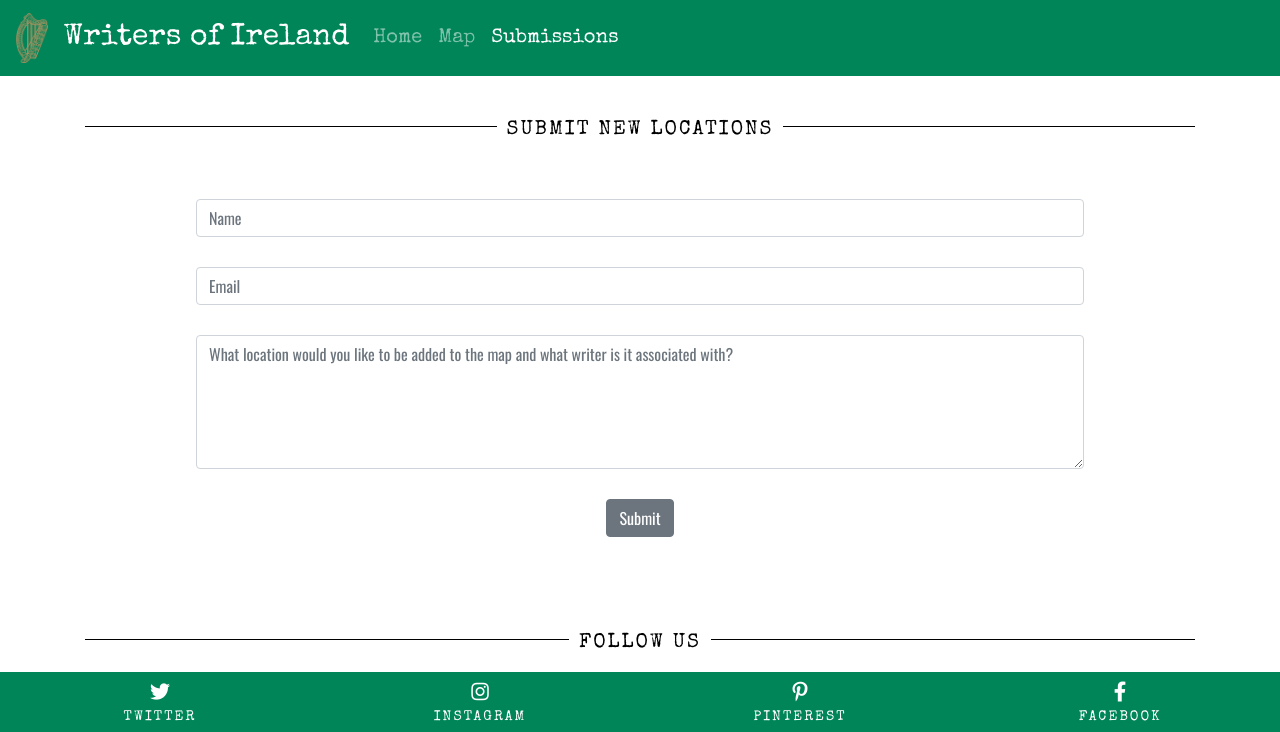
Repository: DarrenCoppinger/milestone-project-2
Page: submissions.html
The author's editor kept a record of every edit. The page is drawn from the files as they stood at one moment, then again after the next edit.
The browser window is 1280 px wide. The pictures show the whole page.
Some web libraries are served in a nearby version.

Above is the page before.
Console error: ReferenceError: emailjs is not defined

### submissions.html
<!DOCTYPE html>
<html lang="en">

<head>
    <meta charset="UTF-8">
    <meta name="viewport" content="width=device-width, initial-scale=1.0">
    <meta http-equiv="X-UA-Compatible" content="ie=edge">
    <link rel="stylesheet" href="https://stackpath.bootstrapcdn.com/bootstrap/4.3.1/css/bootstrap.min.css" type="text/css" />
    <link rel="stylesheet" href="https://use.fontawesome.com/releases/v5.8.2/css/all.css" integrity="sha384-oS3vJWv+0UjzBfQzYUhtDYW+Pj2yciDJxpsK1OYPAYjqT085Qq/1cq5FLXAZQ7Ay" crossorigin="anonymous">
    <link rel="stylesheet" href="https://cdnjs.cloudflare.com/ajax/libs/hover.css/2.3.1/css/hover-min.css" type="text/css" />
    <link rel="stylesheet" href="assets/css/style.css" type="text/css" />
    <title>Writers of Ireland</title>
    <link rel="shortcut icon" type="image/x-icon" href="./assets/images/favicon.ico" />
    <link rel="icon" type="image/x-icon" href="./favicon.ico" />
    <!--JSEmail-->
    <script type="text/javascript" src="https://cdn.jsdelivr.net/npm/emailjs-com@2.3.2/dist/email.min.js">
    </script>
    <script type="text/javascript">
        (function() {
            emailjs.init("user_TogJB0tfRK922oybFdTcZ");
            // emailjs.send("gmail", "example");
        })();
    </script>
</head>

<body>
    <header>
        <!--Navbar Code-->
        <nav class="navbar navbar-expand-md navbar-dark bg-color">
            <!--Navbar Logo-->
            <a href="./index.html" class="navbar-brand title"><img class="mr-3" src="./assets/images/irish-harp.png" height ="50" alt="Logo image"><span class="align-middle">Writers of Ireland</span></a>
            <!--Navbar Logo-->
            <button class="navbar-toggler" type="button" data-toggle="collapse" data-target="#navbarNavAltMarkup" aria-controls="navbarNavAltMarkup" aria-expanded="false" aria-label="Toggle navigation"><span class="navbar-toggler-icon"></span></button>
            <div class="collapse navbar-collapse" id="navbarNavAltMarkup">
                <div class="navbar-nav">
                    <a class="nav-item nav-link" href="./index.html">Home<span class="sr-only">Home</span></a>
                    <a class="nav-item nav-link" href="./map.html">Map<span class="sr-only">Map</span></a>
                    <a class="nav-item nav-link active" href="./submissions.html">Submissions<span class="sr-only">Submissions</span></a>
                </div>
            </div>
        </nav>
    </header>
    <main>
        <section>
            <!--Newsletter Content Divider-->
            <div class="container">
                <div class="row">
                    <div class="col">
                        <h3 class="section-title">
                            <span>Submit new locations</span>
                        </h3>
                    </div>
                </div>
            </div>
            <div class="container">
                <div class="row">
                    <div class="col-12">

                        <!--Main Content of the Page - Contract Form-->
                        <div class="center-form">
                            <!--<form onsubmit="return sendMail(this);" method="POST">-->
                            <form id="myform" onsubmit="return sendMail(this);">
                                <!--<form onsubmit="return sendMail(this);">-->
                                <input type="text" name="name" class="form-control" id="fullname" placeholder="Name" required/>
                                <input type="email" name="emailaddress" class="form-control" id="emailaddress" placeholder="Email" required/>
                                <textarea rows="5" name="projectsummary" class="form-control" id="projectsummary" placeholder="What location would you like to be added to the map and what writer is it associated with?" required></textarea>
                                <!--<button type="submit" class="btn btn-secondary center-block">Submit</button>-->
                                <div class="form-row text-center ">
                                    <div class="col">
                                        <button type="submit" class="btn btn-secondary">Submit</button>
                                    </div>
                                </div>
                            </form>
                        </div>
                    </div>
                </div>
            </div>
        </section>
    </main>
    <!--FOOTER-->
    <footer class="footer">
        <!--Footer Content Divider-->
        <div class="container">
            <div class="row">
                <div class="col">
                    <h3 class="section-title">
                        <span>Follow Us</span>
                    </h3>
                </div>
            </div>
        </div>
        <!--Social Media Link Buttons-->
        <div class="container-fluid social-media-bar">
            <div class="row no-gutters">
                <div class="col-12">
                    <ul id="foot" class="row list-inline social-links">
                        <li class="col-6 col-md-3 footeritem">
                            <a href="https://twitter.com/ireland_writers" target="_blank" class="hvr-fade"><i class="fab fa-twitter" aria-hidden="true"></i><span>Twitter</span></a>
                        </li>
                        <li class="col-6 col-md-3 footeritem">
                            <a href="https://www.instagram.com/writersofireland/" target="_blank" class="hvr-fade"><i class="fab fa-instagram" aria-hidden="true"></i><span>Instagram</span></a>
                        </li>
                        <li class="col-6 col-md-3 footeritem">
                            <a href="https://www.pinterest.ie/writersofireland/" target="_blank" class="hvr-fade"><i class="fab fa-pinterest-p"  aria-hidden="true"></i><span>Pinterest</span></a>
                        </li>
                        <li class="col-6 col-md-3 footeritem">
                            <a href="https://www.facebook.com/Writers-of-Ireland-101113658067904/" target="_blank" class="hvr-fade"><i class="fab fa-facebook-f" aria-hidden="true"></i><span>Facebook</span></a>
                        </li>
                    </ul>
                </div>
            </div>
        </div>
    </footer>

    <!--My JavaScript Script-->
    <script type="text/javascript" src="assets/js/maps.js"></script>
    <script type="text/javascript" src="assets/js/sendEmail.js"></script>
    <!--JQuery-->
    <script src="https://code.jquery.com/jquery-3.3.1.slim.min.js" integrity="sha384-q8i/X+965DzO0rT7abK41JStQIAqVgRVzpbzo5smXKp4YfRvH+8abtTE1Pi6jizo" crossorigin="anonymous"></script>
    <!--Popper and Bootstrap-->
    <script src="https://cdnjs.cloudflare.com/ajax/libs/popper.js/1.14.7/umd/popper.min.js" integrity="sha384-UO2eT0CpHqdSJQ6hJty5KVphtPhzWj9WO1clHTMGa3JDZwrnQq4sF86dIHNDz0W1" crossorigin="anonymous"></script>
    <script src="https://stackpath.bootstrapcdn.com/bootstrap/4.3.1/js/bootstrap.min.js" integrity="sha384-JjSmVgyd0p3pXB1rRibZUAYoIIy6OrQ6VrjIEaFf/nJGzIxFDsf4x0xIM+B07jRM" crossorigin="anonymous"></script>

</body>

</html>

### assets/css/style.css
@import url('https://fonts.googleapis.com/css?family=Oswald:300,400,700|Special+Elite&display=swap');

/*----------------padding/margins/text----------------s*/
row {
    margin-left: 0;
    margin-right: 0;
}

section {
    font-family: "Oswald", sans-serif;
    font-size: 18px;
    font-weight: 300;
    margin: 50px 0px;
}

section a {
    text-decoration: none;
    color: #008559;
}

.btn:hover {
    color: #A39161;
    background-color: #008559;
    border-color: #e6cf9e;
    text-decoration: none;
}

.section-title {
    color: #000000;
    font-family: "Special Elite", cursive;
    font-weight: 400;
    font-size: 20px;
    letter-spacing: 2px;
    text-align: center;
    text-transform: uppercase;
    border-top: 1px solid #000000;
    padding: 0 20px;
}

.section-title span {
    position: relative;
    top: -9px;
    padding: 0 10px;
    background: #ffffff;
}

.section-title-box {
    margin: 0;
}

main {
    margin: 0;
    padding: 0 0 60px;
}

html {
    position: relative;
    min-height: 100%;
}

body {
    margin: 0 0 60px;
}

.title {
    font-family: "Special Elite", cursive;
    font-weight: 400;
    font-size: 30px;
    text-decoration: none;
}

.title span:hover {
    color: #A39161;
    transition: all .5s ease-in-out;
    -moz-transition: all .5s ease-in-out;
    -webkit-transition: all .5s ease-in-out;
}

.information {
    font-family: "Special Elite", cursive;
    font-weight: 400;
    font-size: 30px;
}

.nav-item {
    font-family: "Special Elite", cursive;
    font-weight: 400;
    font-size: 20px;
}

/*----------------carousel----------------*/
.carousel-container {
    margin: 0;
    padding: 0;
}

/*----------------footer----------------*/
footer {
    color: #000000;
    margin: 50px 0 0;
    padding: 0;
    bottom: 0;
    left: 0;
    position: absolute;
    /*height: 60px;*/
    width: 100%;
}

.footerbar {
    padding: 0;
}

.social-links {
    font-family: "Special Elite", cursive;
    font-weight: 400;
    font-size: 0;
    margin: 0;
    padding: 0;
    background-color: #008559;
}

.social-media-bar {
    margin: 0;
    padding: 0;
}

#foot li {
    font-size: 14px;
    padding: 0;
}

.footeritem {
    text-align: center;
    padding: 0;
    margin: 0;
}

/*-clickable area of footer buttons-*/

.footeritem a {
    width: 100%;
    text-decoration: none;
    color: #ffffff;
    height: 60px;
}

.footeritem a i {
    padding-top: 10px;
    display: block;
    color: #ffffff;
    font-size: 20px;
}

.footeritem span {
    display: block;
    width: 100%;
    padding-top: 5px;
    text-align: center;
    text-transform: uppercase;
    font-size: 14px;
    letter-spacing: 2px;
}

.social-links li a:hover {
    background-color: #A39161;
    color: #ffffff;
}

.list-inline-item:not(:last-child) {
    margin: 0;
}


/*----------------Map----------------*/
#map {
    min-height: 100vh;
}

/*----------------navbar----------------*/
.bg-color {
    background-color: #008559;
}

/*----------------jumbotron----------------*/
.jumbo-color {
    background-color: #dfd2ae;
}

.jumbotron {
    margin-bottom: 75px
}

/*----------------form----------------*/
form {
    margin: 25px 0;
}

.form-control {
    margin-bottom: 30px;
}

.center-form {
    padding-top: 15px;
    margin: 0 auto;
    max-width: 80%;
}

/*----------------PAC----------------*/
.pac-card {
    margin: 10px;
    border-radius: 2px 0 0 2px;
    -moz-box-sizing: border-box;
    -webkit-box-sizing: border-box;
    box-sizing: border-box;
    outline: none;
    box-shadow: 0 2px 6px rgba(0, 0, 0, 0.3);
    background-color: #fff;
    font-family: Roboto;
}

#pac-container {
    padding-bottom: 12px;
    margin-right: 12px;
}

.pac-controls {
    display: inline-block;
    padding: 5px 11px;
}

.pac-controls label {
    font-family: Roboto;
    font-size: 13px;
    font-weight: 300;
}

#pac-input {
    background-color: #fff;
    font-family: Roboto;
    font-size: 15px;
    font-weight: 300;
    margin-left: 12px;
    padding: 0 11px 0 13px;
    text-overflow: ellipsis;
    width: 300px;
}

#pac-input:focus {
    border-color: #4d90fe;
}

#search-title {
    color: #fff;
    background-color: #dfd2ae;
    font-size: 25px;
    font-weight: 500;
    padding: 6px 12px;
}

#infowindow-content {
    display: inline;
}

/*----------------Media Queries----------------s*/

/*Title size in navbar*/
@media(max-width: 576px) {
    .title {
        font-size: 20px;
    }
}

Loaded but not shown: assets/js/maps.js (520 lines, source omitted); assets/js/sendEmail.js (no copy from this time; the picture is the same without it)

After the next edit:
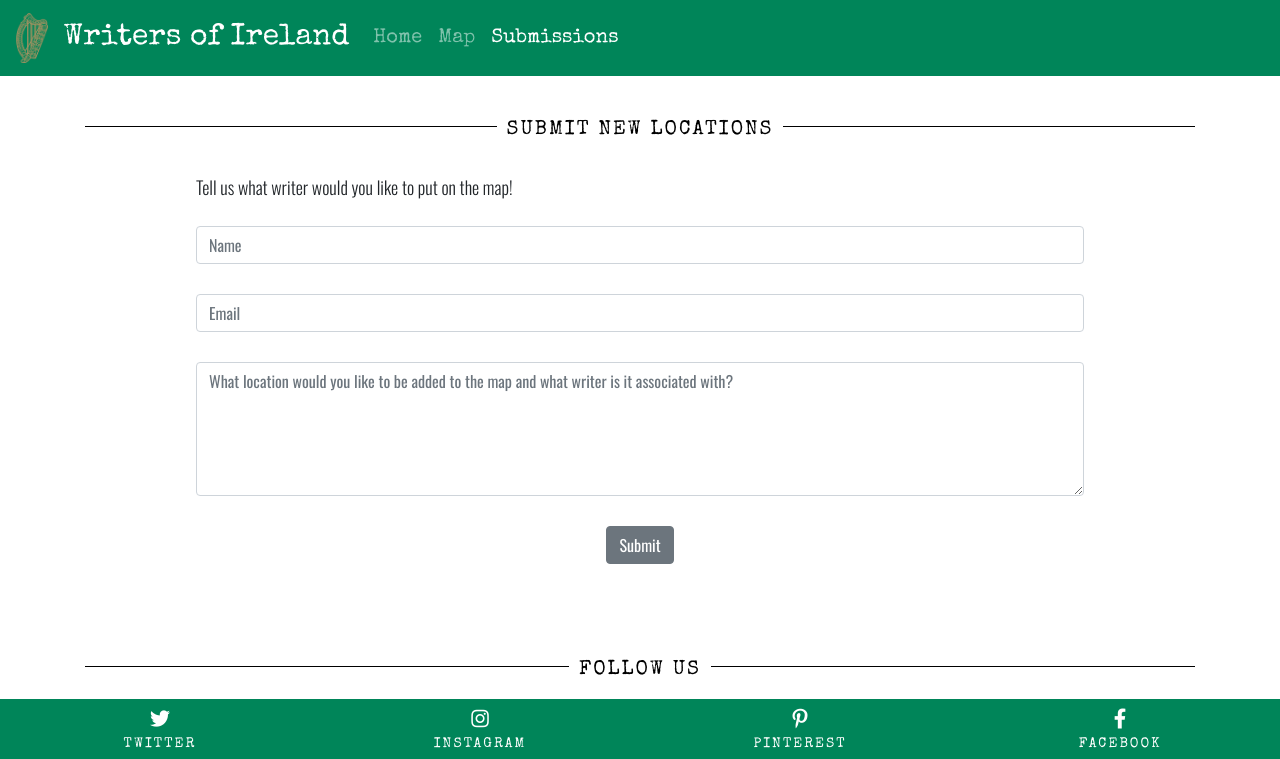
The edit:
--- a/submissions.html
+++ b/submissions.html
@@ -58,6 +58,7 @@
 
                         <!--Main Content of the Page - Contract Form-->
                         <div class="center-form">
+                            <p>Tell us what writer would you like to put on the map!</p>
                             <!--<form onsubmit="return sendMail(this);" method="POST">-->
                             <form id="myform" onsubmit="return sendMail(this);">
                                 <!--<form onsubmit="return sendMail(this);">-->
